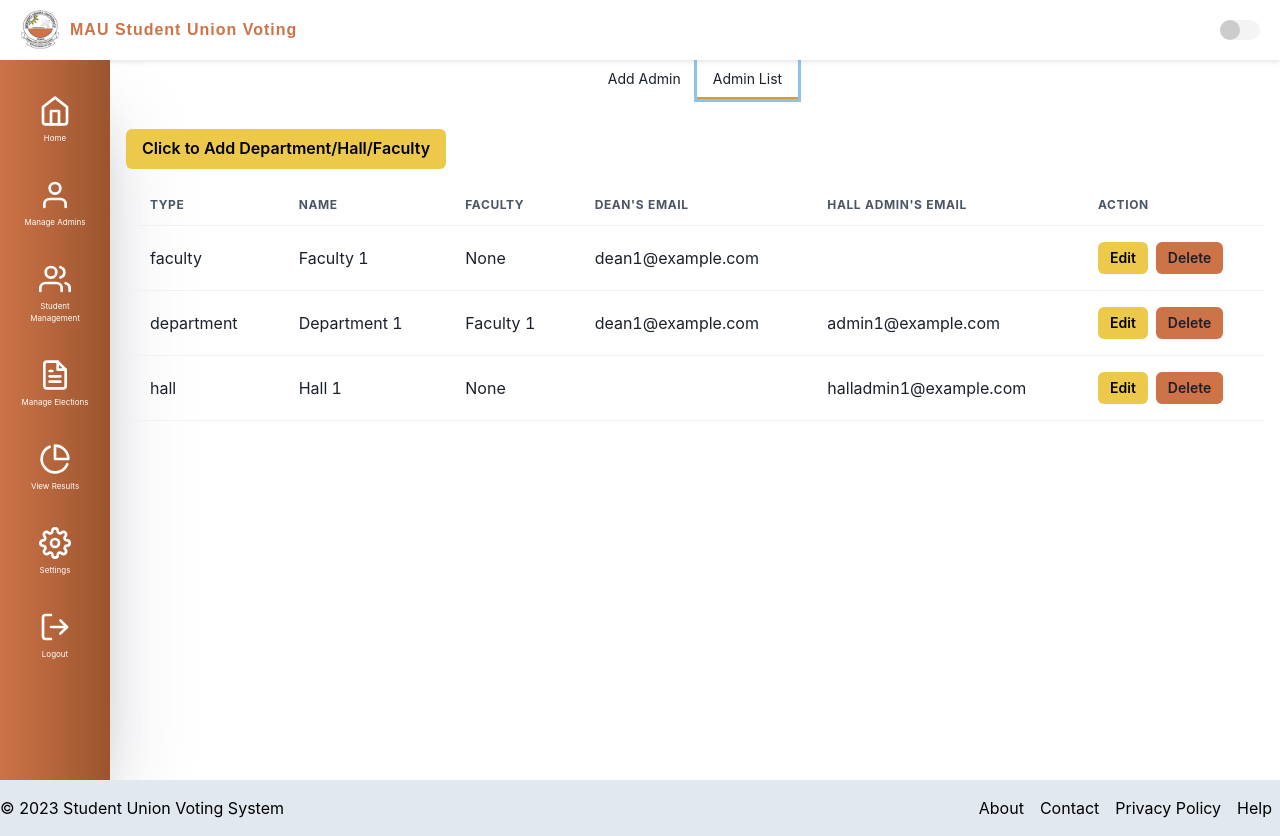
Repository: joena1o/e-vote
Page: /admin-dashboard/manage-admin, after clicking the first element matching `#tabs-\:r1\:--tab-1`
An editor plug-in stored every save of this project. The page is shown before and after the next save, followed by the edit.
The browser window is 1280 px wide. The pictures show the whole page.
The project was rebuilt for these pictures with package versions that can differ from the ones it lists, and the page was loaded fresh each time. Also part of the build but not shown: src/components/EnhancedLogin.js, src/components/BottomNav.js, src/api/index.js, src/components/maincontent/home/Home.styles.js, src/components/maincontent/home/Home.js, src/components/maincontent/RegisterStudents/ManageStudents.js, src/components/maincontent/RegisterStudents/RegisterStudents.js, src/components/maincontent/RegisterStudents/StudentManagement.js and 21 more.

Above is the page before, as saved 2023-12-26 10:35:03.

### src/index.js
import React from 'react';
import ReactDOM from 'react-dom/client';
import './index.css';
import App from './App';
import reportWebVitals from './reportWebVitals';
import Modal from 'react-modal';

// Set the app element for the modal for accessibility purposes
Modal.setAppElement('#root');

const root = ReactDOM.createRoot(document.getElementById('root'));
root.render(
  <React.StrictMode>
    <App />
  </React.StrictMode>
);

// If you want to start measuring performance in your app, pass a function
// to log results (for example: reportWebVitals(console.log))
// or send to an analytics endpoint. Learn more: https://bit.ly/CRA-vitals
reportWebVitals();

### src/App.js
import React from 'react';
import { BrowserRouter as Router, Routes, Route, Navigate } from 'react-router-dom';
import EnhancedLogin from './components/EnhancedLogin';
import AdminDashboard from './components/AdminDashboard';
import StudentDashboard from './components/StudentDashboard';
import { ChakraProvider, ColorModeProvider, Button, useColorMode } from '@chakra-ui/react';
import { Provider } from 'react-redux';
import store from './Redux/store';
import ElectionCommitteeDashboard from './components/maincontent/ElectionCommitteeDashboard';

// Component to toggle dark mode
function DarkModeToggle() {
  const { colorMode, toggleColorMode } = useColorMode();
  return (
    <Button onClick={toggleColorMode} position="fixed" m={4} zIndex={10}>
      Toggle {colorMode === 'light' ? 'Dark' : 'Light'}
    </Button>
  );
}

function App() {
  const hideScrollBar = {
    overflow: 'hidden',
  };

  return (
    <Provider store={store}>
      <ChakraProvider>
        <ColorModeProvider options={{ useSystemColorMode: true }}>
          <Router>
            <div style={hideScrollBar}>
              <Routes>
                {/* Define your routes */}
                <Route path="/login" element={<EnhancedLogin />} />
                <Route path="/admin-dashboard/*" element={<AdminDashboard />} />
                <Route path="/ElectionCommittee-dashboard/*" element={<ElectionCommitteeDashboard />} />
                <Route path='/student-dashboard/*' element={<StudentDashboard />} />
                {/* Redirect root to /admin-dashboard */}
                <Route path="/" element={<Navigate to="/admin-dashboard" replace />} />
              </Routes>
            </div>
          </Router>
          {/* Render DarkModeToggle */}
          {/* {!isLoginPage && <DarkModeToggle />} */}
        </ColorModeProvider>
      </ChakraProvider>
    </Provider>
  );
}

export default App;

### src/Redux/store.js
import { configureStore } from '@reduxjs/toolkit';
import electionReducer from './electionSlice';
import studentsReducer from './studentsSlice';
import candidatesReducer from './CandidateSlice'; // Import the candidates reducer

const store = configureStore({
  reducer: {
    elections: electionReducer,
    students: studentsReducer,
    candidates: candidatesReducer, // Add the candidates reducer here
  },
});

export default store;

### src/components/Footer.js
import React from 'react';
import { Box, Flex, Text, Link } from '@chakra-ui/react';

const Footer = ({ colorMode }) => {
  const handleDownloadDocumentation = () => {

    const pdfUrl = '/path/to/your/documentation.pdf';

    //  anchor element that triggers  download
    const link = document.createElement('a');
    link.href = pdfUrl;
    link.download = 'documentation.pdf';
    link.click();
  };

    return (
      <Box as="footer" mt="auto" py={4} bg={colorMode === 'dark' ? 'gray.800' : 'gray.200'} color={colorMode === 'dark' ? 'white' : 'black'}>
        <Flex justify="space-between" align="center">
          <Text>&copy; 2023 Student Union Voting System</Text>
          <Flex>
            <Link mx={2} href="#about">
              About
            </Link>
            <Link mx={2} href="#contact">
              Contact
            </Link>
            <Link mx={2} href="#privacy">
              Privacy Policy
            </Link>
            <Link mx={2} onClick={handleDownloadDocumentation}>
              Help
            </Link>
          </Flex>
        </Flex>
      </Box>
    );
  };

  export default Footer;

### src/components/maincontent/ManageAdmins/ManageAdmins.js
import React, { useState } from 'react';
import { Tabs, TabList, TabPanels, Tab, TabPanel, Box, Flex, Heading } from '@chakra-ui/react';
import AddAdmin from './AddAdmin';
import AdminList from './AdminList';

const ManageAdmins = () => {
  const [activeTab, setActiveTab] = useState(0);

  const handleTabChange = (index) => {
    setActiveTab(index);
  };

  return (
    <Flex direction="column" align="center" w="100%" h="100vh">

      <Box w="100%">
        <Tabs index={activeTab} onChange={handleTabChange} isLazy w="100%">
          <TabList display="flex" justifyContent="center" mx="auto" borderBottom="none">
            <Tab fontSize="sm" px={4} py={2} _selected={{ borderBottom: '2px solid', borderColor: 'yellow.500' }}>
              Add Admin
            </Tab>
            <Tab fontSize="sm" px={4} py={2} _selected={{ borderBottom: '2px solid', borderColor: 'yellow.500' }}>
              Admin List
            </Tab>
          </TabList>
          <TabPanels>
            <TabPanel>
              <AddAdmin />
            </TabPanel>
            <TabPanel>
              <AdminList />
            </TabPanel>
          </TabPanels>
        </Tabs>
      </Box>
    </Flex>
  );
};

export default ManageAdmins;

### src/Redux/electionSlice.js
/*import { createSlice, createAsyncThunk } from '@reduxjs/toolkit';
import { API, graphqlOperation } from 'aws-amplify';
import { createElection as createElectionAPI } from '../graphql/mutations';

export const createElection = createAsyncThunk(
  'elections/createElection',
  async (election, { rejectWithValue }) => {
    try {
      const result = await API.graphql(graphqlOperation(createElectionAPI, { input: election }));
      return result.data.createElection;
    } catch (error) {
      return rejectWithValue(error);
    }
  }
);

const electionSlice = createSlice({
  name: 'elections',
  initialState: [],
  reducers: {},
  extraReducers: (builder) => {
    builder.addCase(createElection.fulfilled, (state, action) => {
      state.push(action.payload);
    });
  },
});

export default electionSlice.reducer;
*/

### src/Redux/studentsSlice.js
import { createSlice } from '@reduxjs/toolkit';

export const studentsSlice = createSlice({
  name: 'students',
  initialState: [],
  reducers: {
    addStudents: (state, action) => {
      // Add students to the Redux store
      action.payload.forEach(student => {
        state.push(student);
      });
    },
  },
});

export const { addStudents } = studentsSlice.actions;

export default studentsSlice.reducer;

### src/Redux/CandidateSlice.js

import { createSlice } from '@reduxjs/toolkit';

export const candidatesSlice = createSlice({
  name: 'candidates',
  initialState: [],
  reducers: {
    setCandidates: (state, action) => {
      return action.payload;
    },
  },
});

export const { setCandidates } = candidatesSlice.actions;
export default candidatesSlice.reducer;

### src/components/maincontent/ManageAdmins/AdminList.js
import React, { useState, useEffect } from 'react';
import {
  ChakraProvider,
  Button,
  Modal,
  ModalOverlay,
  ModalContent,
  ModalHeader,
  ModalCloseButton,
  ModalBody,
  ModalFooter,
  Input,
  FormControl,
  FormLabel,
  FormErrorMessage,
  Table,
  Thead,
  Tbody,
  Tr,
  Th,
  Td,
} from "@chakra-ui/react";
import Select from 'react-select';

const AddItemButton = () => {
  const [showModal, setShowModal] = useState(false);
  const [selectedOption, setSelectedOption] = useState(null);
  const [selectedFaculty, setSelectedFaculty] = useState(null);
  const [newItemName, setNewItemName] = useState('');
  const [deansEmail, setDeansEmail] = useState('');
  const [hallAdminEmail, setHallAdminEmail] = useState('');
  const [emailError, setEmailError] = useState('');
  const [entries, setEntries] = useState([]);
  const [editIndex, setEditIndex] = useState(null);
  const [confirmationModal, setConfirmationModal] = useState(false);

  const modalSize = 'sm';
  // Initial mock data for presentation
  const initialEntries = [
    { type: 'faculty', name: 'Faculty 1', faculty: 'None', deansEmail: 'dean1@example.com', hallAdminEmail: '' },
    { type: 'department', name: 'Department 1', faculty: 'Faculty 1', deansEmail: 'dean1@example.com', hallAdminEmail: 'admin1@example.com' },
    { type: 'hall', name: 'Hall 1', faculty: 'None', deansEmail: '', hallAdminEmail: 'halladmin1@example.com' },
  ];

  // Static list of faculties (replace with dynamic fetching in a real application)
  const existingFaculties = [
    { value: 'faculty1', label: 'Faculty 1' },
    { value: 'faculty2', label: 'Faculty 2' },
  ];

  useEffect(() => {
    // Set initial entries when the component mounts
    setEntries(initialEntries);
  }, []);

  const handleAddButtonClick = () => {
    setShowModal(true);
    setEditIndex(null);
  };

  const handleModalClose = () => {
    setShowModal(false);
    setSelectedOption(null);
    setSelectedFaculty(null);
    setNewItemName('');
    setDeansEmail('');
    setHallAdminEmail('');
    setEmailError('');
  };

  const validateEmail = (email) => {
    // Basic email validation
    const regex = /^[^\s@]+@[^\s@]+\.[^\s@]+$/;
    return regex.test(email);
  };

  const handleAddItem = () => {
    // Validate email fields
    if (selectedOption?.value === 'faculty' && !validateEmail(deansEmail)) {
      setEmailError('Invalid Dean\'s email');
      return;
    }

    if (selectedOption.value === 'department' && !validateEmail(deansEmail)) {
      setEmailError('Invalid Dean\'s email');
      return;
    }

    if (selectedOption?.value === 'hall' && !validateEmail(hallAdminEmail)) {
      setEmailError('Invalid Hall Admin email');
      return;
    }

    // Handle adding or editing item logic here based on selectedOption, selectedFaculty, deansEmail, and hallAdminEmail
    const newItem = {
      type: selectedOption?.value,
      name: newItemName,
      faculty: selectedFaculty?.value || 'None',
      deansEmail,
      hallAdminEmail,
    };

    if (editIndex !== null) {
      // Editing an existing item
      const updatedEntries = [...entries];
      updatedEntries[editIndex] = newItem;
      setEntries(updatedEntries);
    } else {
      // Adding a new item
      setEntries([...entries, newItem]);
    }

    // Close the modal
    handleModalClose();
  };

  const handleEditItem = (index) => {
    // Set modal values for editing
    const selectedItem = entries[index];
    setSelectedOption({ value: selectedItem.type, label: selectedItem.type.charAt(0).toUpperCase() + selectedItem.type.slice(1) });
    setSelectedFaculty(existingFaculties.find(faculty => faculty.value === selectedItem.faculty) || null);
    setNewItemName(selectedItem.name);
    setDeansEmail(selectedItem.deansEmail);
    setHallAdminEmail(selectedItem.hallAdminEmail);
    setEditIndex(index);

    // Open the modal
    setShowModal(true);
  };

  const handleDeleteItem = (index) => {
    // Show confirmation modal
    setEditIndex(index);
    setConfirmationModal(true);
  };

  const confirmDelete = () => {
    // Delete the item
    const updatedEntries = [...entries];
    updatedEntries.splice(editIndex, 1);
    setEntries(updatedEntries);

    // Close the confirmation modal
    setConfirmationModal(false);
  };

  const closeConfirmationModal = () => {
    // Close the confirmation modal
    setConfirmationModal(false);
  };

  const options = [
    { value: 'faculty', label: 'Faculty' },
    { value: 'department', label: 'Department' },
    { value: 'hall', label: 'Hall' },
  ];

  return (
    <ChakraProvider>
      <div>
        {/* Add Button */}
        <Button colorScheme="yellow" onClick={handleAddButtonClick} mt={4}>
          Click to Add Department/Hall/Faculty
        </Button>

        {/* Modal for Adding/Editing Hall/Department/Faculty */}
        <Modal isOpen={showModal} onClose={handleModalClose} size={modalSize}>
          <ModalOverlay />
          <ModalContent>
            <ModalHeader>{editIndex !== null ? 'Edit' : 'Add'} {selectedOption ? selectedOption.label : ''}</ModalHeader>
            <ModalCloseButton />
            <ModalBody>
              {/* Dropdown to select item type */}
              <Select
                options={options}
                value={selectedOption}
                onChange={(selected) => setSelectedOption(selected)}
                placeholder="Click to Add"
              />

              {selectedOption && (
                <div>
                  {selectedOption.value === 'faculty' && (
                    <div>
                      <FormControl id="deansEmail" isRequired>
                        <FormLabel>Dean's Email</FormLabel>
                        <Input
                          type="email"
                          placeholder="Enter Dean's Email"
                          value={deansEmail}
                          onChange={(e) => setDeansEmail(e.target.value)}
                        />
                        <FormErrorMessage>{emailError}</FormErrorMessage>
                      </FormControl>
                      <label>Faculty Name</label>
                      <Input
                        type="text"
                        placeholder="Enter Faculty Name"
                        value={newItemName}
                        onChange={(e) => setNewItemName(e.target.value)}
                      />
                    </div>
                  )}

                  {selectedOption.value === 'department' && (
                    <div>
                      <FormControl id="deansEmail" isRequired>
                        <FormLabel>Dean's Email</FormLabel>
                        <Input
                          type="email"
                          placeholder="Enter Dean's Email"
                          value={deansEmail}
                          onChange={(e) => setDeansEmail(e.target.value)}
                        />
                        <FormErrorMessage>{emailError}</FormErrorMessage>
                      </FormControl>
                      <label>Department Name</label>
                      <Input
                        type="text"
                        placeholder="Enter Department Name"
                        value={newItemName}
                        onChange={(e) => setNewItemName(e.target.value)}
                      />
                    </div>
                  )}

                  {selectedOption.value === 'hall' && (
                    <div>
                      <FormControl id="hallAdminEmail" isRequired>
                        <FormLabel>Hall Admin's Email</FormLabel>
                        <Input
                          type="email"
                          placeholder="Enter Hall Admin's Email"
                          value={hallAdminEmail}
                          onChange={(e) => setHallAdminEmail(e.target.value)}
                        />
                        <FormErrorMessage>{emailError}</FormErrorMessage>
                      </FormControl>
                      <label>Hall Name</label>
                      <Input
                        type="text"
                        placeholder="Enter Hall Name"
                        value={newItemName}
                        onChange={(e) => setNewItemName(e.target.value)}
                      />
                    </div>
                  )}
                </div>
              )}
            </ModalBody>
            <ModalFooter>
              <Button bg="#ce7348" mr={3} onClick={handleAddItem}>
                {editIndex !== null ? 'Update' : 'Add'}
              </Button>
              <Button onClick={handleModalClose}>Cancel</Button>
            </ModalFooter>
          </ModalContent>
        </Modal>

        {/* Table to display entries */}
        <Table mt={4} variant="simple">
          <Thead>
            <Tr>
              <Th>Type</Th>
              <Th>Name</Th>
              <Th>Faculty</Th>
              <Th>Dean's Email</Th>
              <Th>Hall Admin's Email</Th>
              <Th>Action</Th>
            </Tr>
          </Thead>
          <Tbody>
            {entries.map((entry, index) => (
              <Tr key={index}>
                <Td>{entry.type}</Td>
                <Td>{entry.name}</Td>
                <Td>{entry.faculty}</Td>
                <Td>{entry.deansEmail}</Td>
                <Td>{entry.hallAdminEmail}</Td>
                <Td>
                  <Button colorScheme="yellow" size="sm" onClick={() => handleEditItem(index)}>
                    Edit
                  </Button>
                  <Button bg="#ce7348" size="sm" ml={2} onClick={() => handleDeleteItem(index)}>
                    Delete
                  </Button>
                </Td>
              </Tr>
            ))}
          </Tbody>
        </Table>

        {/* Confirmation Modal */}
        <Modal isOpen={confirmationModal} onClose={closeConfirmationModal} size={modalSize}>
          <ModalOverlay />
          <ModalContent>
            <ModalHeader>Confirm Deletion</ModalHeader>
            <ModalCloseButton />
            <ModalBody>
              Are you sure you want to delete this entry?
            </ModalBody>
            <ModalFooter>
              <Button colorScheme="yellow" mr={3} onClick={confirmDelete}>
                Yes
              </Button>
              <Button  bg="#ce7348" onClick={closeConfirmationModal}>No</Button>
            </ModalFooter>
          </ModalContent>
        </Modal>
      </div>
    </ChakraProvider>
  );
};

export default AddItemButton;

Loaded but not shown: public/index.html (common file); src/index.css (common file); src/reportWebVitals.js (common file); src/components/maincontent/ManageAdmins/AddAdmin.js (236 lines, source omitted); src/components/Sidebar.js (130 lines, source omitted); src/components/AdminDashboard.js (99 lines, source omitted); src/components/Navbar.js (92 lines, source omitted)

After the next save:
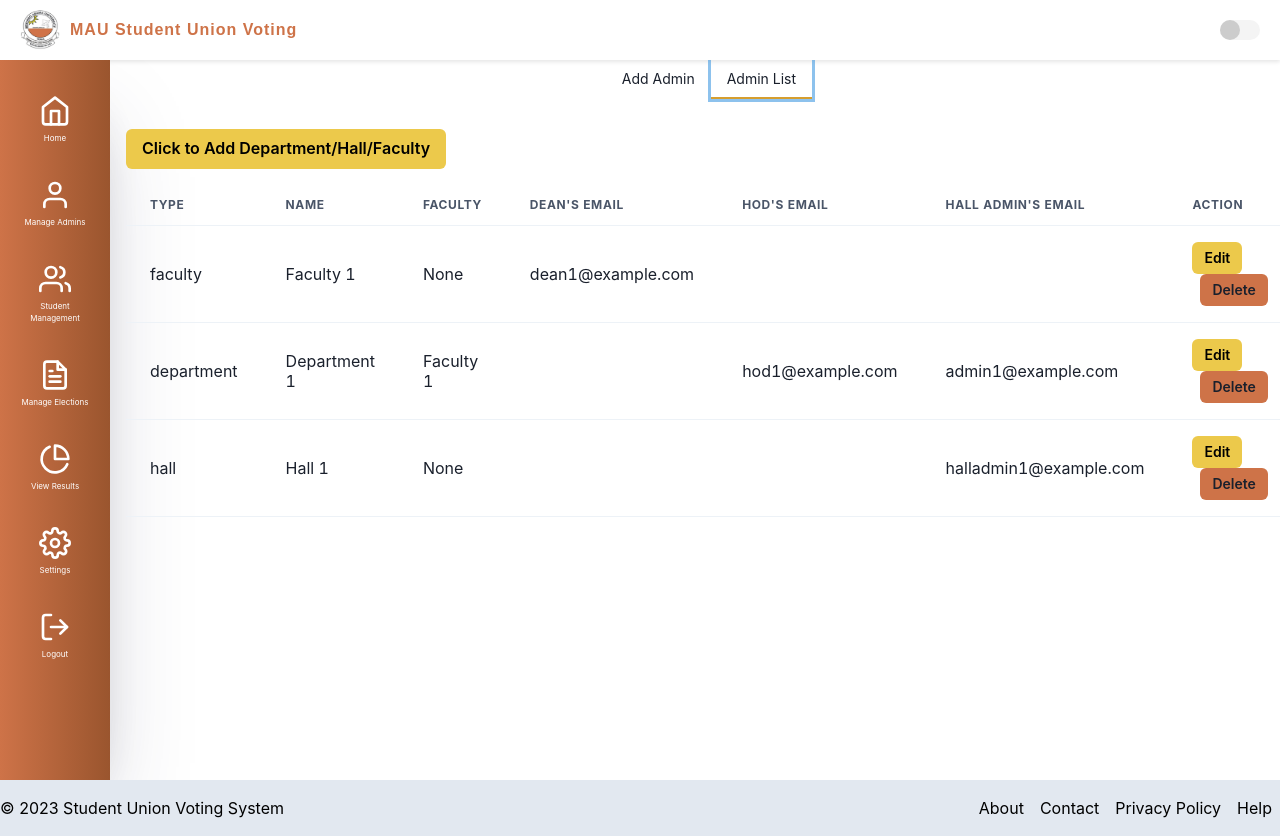
Saved 4 min 35 s later.
--- a/src/components/maincontent/ManageAdmins/AdminList.js
+++ b/src/components/maincontent/ManageAdmins/AdminList.js
@@ -28,6 +28,7 @@ const AddItemButton = () => {
   const [selectedFaculty, setSelectedFaculty] = useState(null);
   const [newItemName, setNewItemName] = useState('');
   const [deansEmail, setDeansEmail] = useState('');
+  const [hodEmail, setHodEmail] = useState('');
   const [hallAdminEmail, setHallAdminEmail] = useState('');
   const [emailError, setEmailError] = useState('');
   const [entries, setEntries] = useState([]);
@@ -38,7 +39,7 @@ const AddItemButton = () => {
   // Initial mock data for presentation
   const initialEntries = [
     { type: 'faculty', name: 'Faculty 1', faculty: 'None', deansEmail: 'dean1@example.com', hallAdminEmail: '' },
-    { type: 'department', name: 'Department 1', faculty: 'Faculty 1', deansEmail: 'dean1@example.com', hallAdminEmail: 'admin1@example.com' },
+    { type: 'department', name: 'Department 1', faculty: 'Faculty 1', hodEmail: 'hod1@example.com', hallAdminEmail: 'admin1@example.com' },
     { type: 'hall', name: 'Hall 1', faculty: 'None', deansEmail: '', hallAdminEmail: 'halladmin1@example.com' },
   ];
 
@@ -64,6 +65,7 @@ const AddItemButton = () => {
     setSelectedFaculty(null);
     setNewItemName('');
     setDeansEmail('');
+    setHodEmail('');
     setHallAdminEmail('');
     setEmailError('');
   };
@@ -81,8 +83,8 @@ const AddItemButton = () => {
       return;
     }
 
-    if (selectedOption.value === 'department' && !validateEmail(deansEmail)) {
-      setEmailError('Invalid Dean\'s email');
+    if (selectedOption.value === 'department' && !validateEmail(hodEmail)) {
+      setEmailError('Invalid HOD\'s email');
       return;
     }
 
@@ -97,6 +99,7 @@ const AddItemButton = () => {
       name: newItemName,
       faculty: selectedFaculty?.value || 'None',
       deansEmail,
+      hodEmail,
       hallAdminEmail,
     };
 
@@ -121,6 +124,7 @@ const AddItemButton = () => {
     setSelectedFaculty(existingFaculties.find(faculty => faculty.value === selectedItem.faculty) || null);
     setNewItemName(selectedItem.name);
     setDeansEmail(selectedItem.deansEmail);
+    setHodEmail(selectedItem.hodEmail);
     setHallAdminEmail(selectedItem.hallAdminEmail);
     setEditIndex(index);
 
@@ -204,13 +208,13 @@ const AddItemButton = () => {
 
                   {selectedOption.value === 'department' && (
                     <div>
-                      <FormControl id="deansEmail" isRequired>
-                        <FormLabel>Dean's Email</FormLabel>
+                      <FormControl id="hodEmail" isRequired>
+                        <FormLabel>HOD's Email</FormLabel>
                         <Input
                           type="email"
-                          placeholder="Enter Dean's Email"
-                          value={deansEmail}
-                          onChange={(e) => setDeansEmail(e.target.value)}
+                          placeholder="Enter HOD's Email"
+                          value={hodEmail}
+                          onChange={(e) => setHodEmail(e.target.value)}
                         />
                         <FormErrorMessage>{emailError}</FormErrorMessage>
                       </FormControl>
@@ -265,6 +269,7 @@ const AddItemButton = () => {
               <Th>Name</Th>
               <Th>Faculty</Th>
               <Th>Dean's Email</Th>
+              <Th>HOD's Email</Th>
               <Th>Hall Admin's Email</Th>
               <Th>Action</Th>
             </Tr>
@@ -276,6 +281,7 @@ const AddItemButton = () => {
                 <Td>{entry.name}</Td>
                 <Td>{entry.faculty}</Td>
                 <Td>{entry.deansEmail}</Td>
+                <Td>{entry.hodEmail}</Td>
                 <Td>{entry.hallAdminEmail}</Td>
                 <Td>
                   <Button colorScheme="yellow" size="sm" onClick={() => handleEditItem(index)}>
